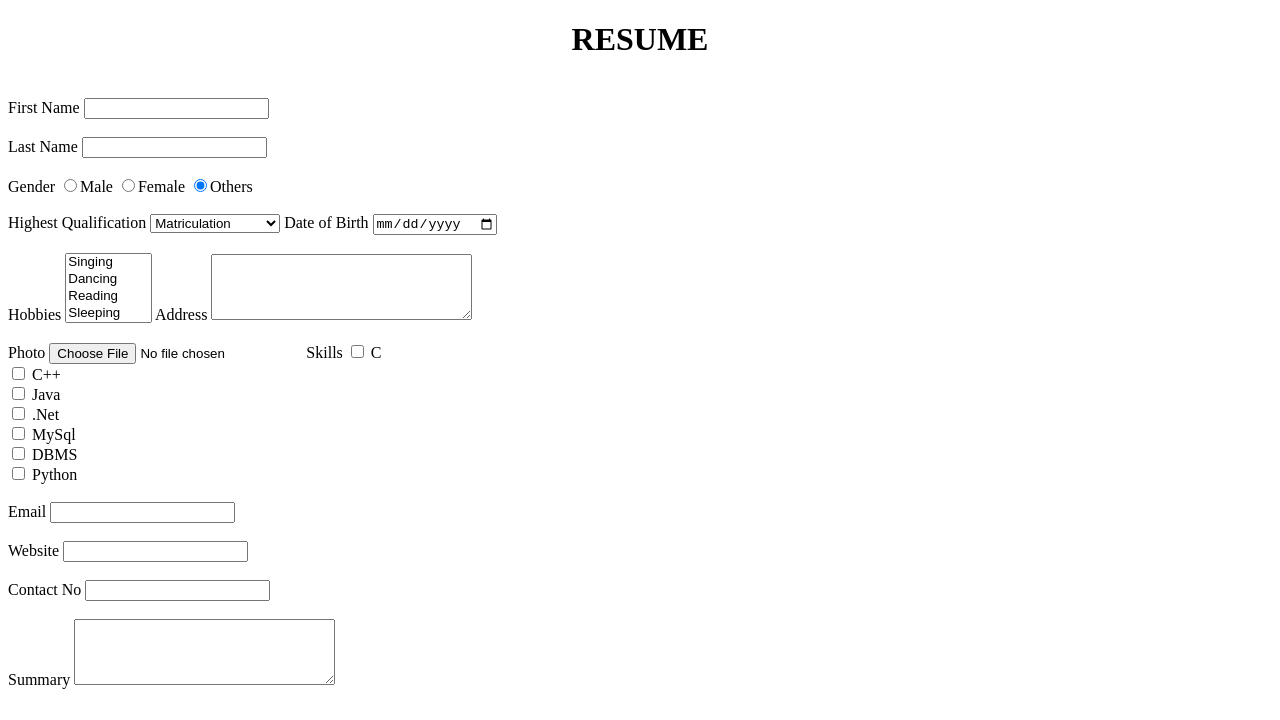
Repository: Rccalfa123/JEE
Page: MyFirstServlet/WebContent/Resume.html
An editor plug-in stored every save of this project. The page is shown before and after the next save, followed by the edit.
The browser window is 1280 px wide. The pictures show the whole page.

Above is the page before, as saved 2018-08-07 08:29:38.

After the next save:
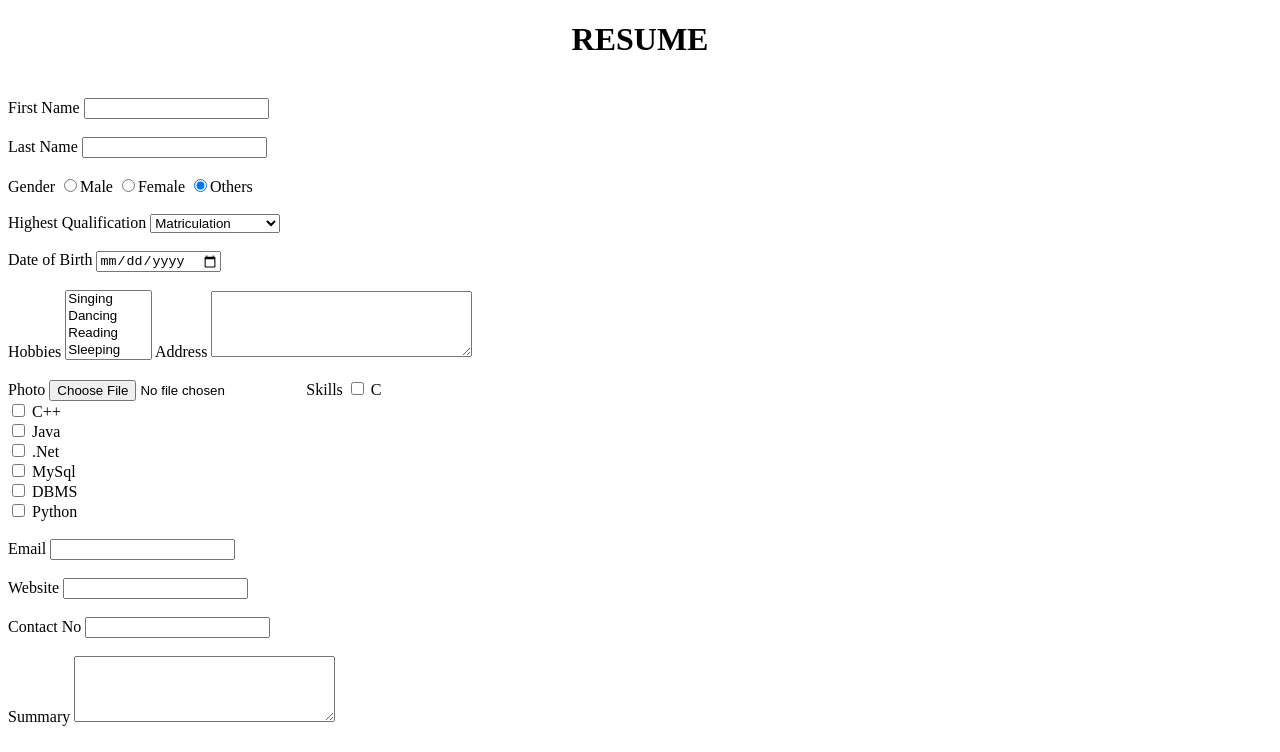
Saved 5 min 24 s later.
--- a/MyFirstServlet/WebContent/Resume.html
+++ b/MyFirstServlet/WebContent/Resume.html
@@ -20,9 +20,9 @@
             <option value="matriculation">Matriculation</option>
             <option value="intermediate">Intermediate</option>
             <option value="bachaolor_degree">Bachaelor Degree</option>
-            <option value="masters">Masters</option> <br><br>
+            <option value="masters">Masters</option>
 
-   			</select>
+   			</select> <br><br>
 
    Date of Birth <input type="date" name="dob"> <br><br>
 
